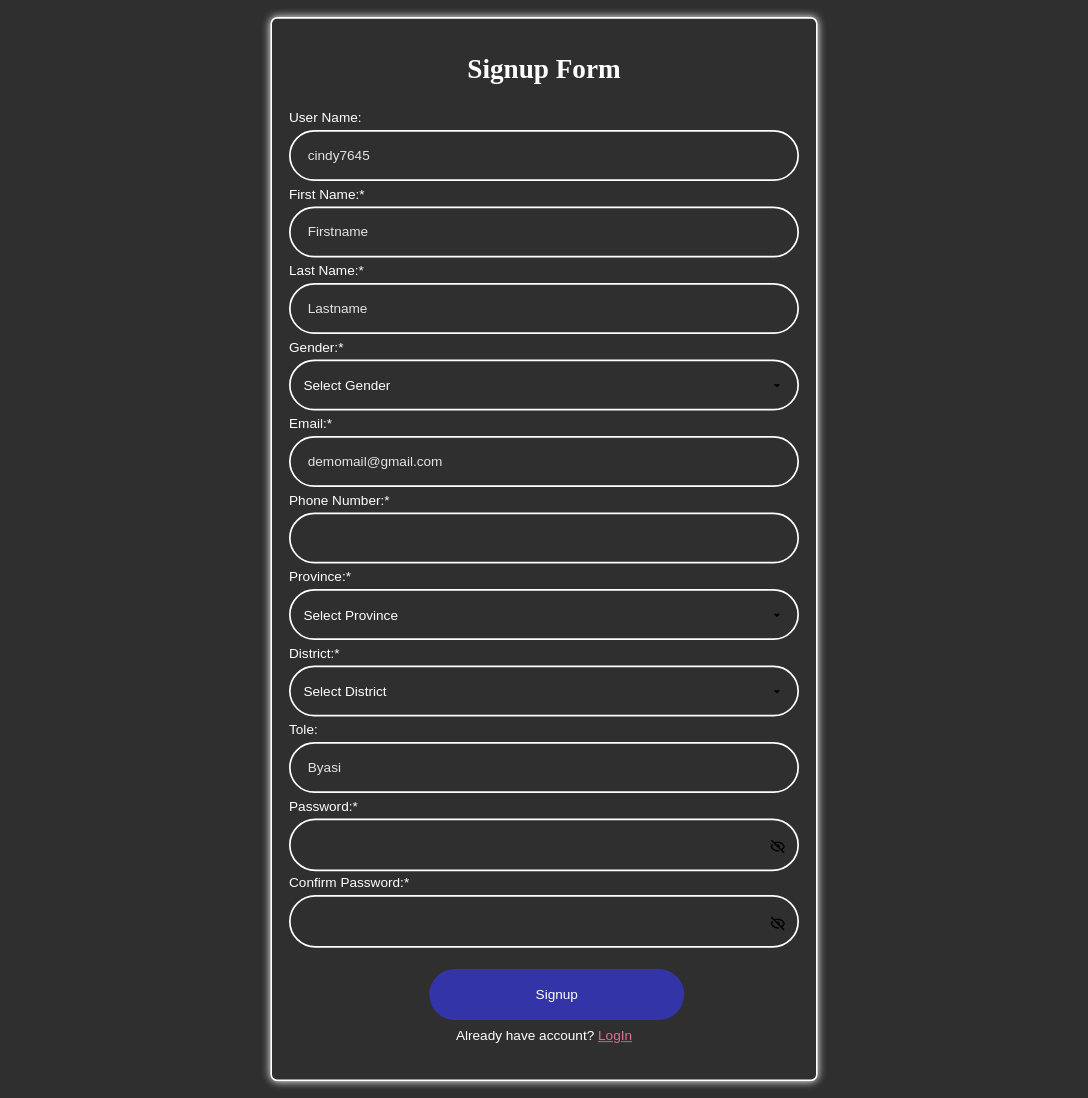
Repository: cindrellakoju/Animestore
Page: html css/signup.html
An editor plug-in stored every save of this project. The page is shown before and after the next save, followed by the edit.
The browser window is 1280 px wide. The pictures show the whole page, at 85% of full size.

Above is the page before, as saved 2024-04-07 01:49:57.

### html css/signup.html
<!DOCTYPE html>
<html lang="en">
<head>
  <meta charset="UTF-8">
  <meta name="viewport" content="width=device-width, initial-scale=1.0">
  <title>Signup Page</title>
  <link href='https://unpkg.com/boxicons@2.1.4/css/boxicons.min.css' rel='stylesheet'>
  <link rel="stylesheet" href="signup.css">
</head>
<body>
  <div class="container">
    <h1>Signup Form</h1>
    <form>
      <div class="signupform">
        <label for="username">User Name:</label>
        <input type="text" id="username" name="username" placeholder="cindy7645">
      </div>
      <div class="signupform">
        <label for="firstname">First Name:<span class="required">*</span></label>
        <input type="text" id="firstname" name="firstname" placeholder="Firstname">
      </div>
      <div class="signupform">
        <label for="lastname">Last Name:<span class="required">*</span></label>
        <input type="text" id="lastname" name="lastname" placeholder="Lastname" required>
      </div>
      <div class="signupform">
        <label for="gender">Gender:<span class="required">*</span></label>
        <div class="custom-select">
            <select id="gender" name="gender" required>
                <option value="">Select Gender</option>
                <option value="male">Male</option>
                <option value="female">Female</option>
                <option value="other">Other</option>
            </select>
        </div>
    </div>

      <div class="signupform">
        <label for="email">Email:<span class="required">*</span></label>
        <input type="email" id="email" name="email" placeholder="demomail@gmail.com" required>
      </div>
      <div class="signupform">
        <label for="phone">Phone Number:<span class="required">*</span></label>
        <input type="text" id="phone" name="phone" required>
      </div>
      <div class="signupform">
        <label for="province">Province:<span class="required">*</span></label>
        <div class="custom-select">
          <select id="province" name="province" onchange="populateDistricts()" required>
            <option value="">Select Province</option>
            <option value="1">Province 1</option>
            <option value="2">Province 2</option>
            <option value="3">Bagmati Province</option>
            <option value="4">Gandaki Province</option>
            <option value="5">Lumbini Province</option>
            <option value="6">Karnali Province</option>
            <option value="7">Sudurpashchim Province</option>
          </select>
        </div>
      </div>
      <div class="signupform">
        <label for="district">District:<span class="required">*</span></label>
        <div class="custom-select">
            <select id="district" name="district" required>
                <option value="">Select District</option>
            </select>
        </div>
      </div>

      <div class="signupform">
        <label for="tole">Tole:</label>
        <input type="text" id="tole" name="tole" placeholder="Byasi" required>
      </div>
      <div class="signupform">
        <label for="password">Password:<span class="required">*</span></label>
        <div class="password-input-container">
            <input type="password" spellcheck="false" id="password" name="password" required>
            <i class='bx bx-hide toggle' id="passwordToggle"></i>
        </div>
    </div>

    <div class="signupform">
        <label for="confirmpassword">Confirm Password:<span class="required">*</span></label>
        <div class="password-input-container">
            <input type="password" spellcheck="false" id="confirmpassword" name="confirmpassword" required>
            <i class='bx bx-hide toggle' id="confirmPasswordToggle"></i>
        </div>
    </div>

      <div class="signupform">
        <button type="submit">Signup</button>
      </div>
    <h4>Already have account?  <a href="login.html">LogIn</a></h4>
    </form>
  </div>
  <script>
    function populateDistricts() {
      var provinceSelect = document.getElementById("province");
      var districtSelect = document.getElementById("district");

      // Clear existing options
      districtSelect.innerHTML = "";

      // Add default option
      var defaultOption = document.createElement("option");
      defaultOption.text = "Select District";
      districtSelect.add(defaultOption);

      // Get selected province
      var selectedProvince = provinceSelect.value;

      // Add districts based on selected province
      switch (selectedProvince) {
        case "1":
          addDistrict("Bhojpur");
          addDistrict("Dhankuta");
          addDistrict("Ilam");
          addDistrict("Jhapa");
          addDistrict("Khotang");
          break;
        case "2":
          addDistrict("Saptari");
          addDistrict("Siraha");
          addDistrict("Dhanusha");
          addDistrict("Mahottari");
          addDistrict("Sarlahi");
          break;
        case "3":
          addDistrict("Kathmandu");
          addDistrict("Lalitpur");
          addDistrict("Bhaktapur");
          addDistrict("Kavrepalanchok");
          addDistrict("Nuwakot");
          break;
        case "4":
          addDistrict("Gorkha");
          addDistrict("Lamjung");
          addDistrict("Tanahun");
          addDistrict("Manang");
          addDistrict("Mustang");
          break;
        case "5":
          addDistrict("Rupandehi");
          addDistrict("Kapilvastu");
          addDistrict("Nawalparasi");
          addDistrict("Arghakhanchi");
          addDistrict("Gulmi");
          break;
        case "6":
          addDistrict("Jumla");
          addDistrict("Kalikot");
          addDistrict("Surkhet");
          addDistrict("Dailekh");
          addDistrict("Jajarkot");
          break;
        case "7":
          addDistrict("Kailali");
          addDistrict("Kanchanpur");
          addDistrict("Dadeldhura");
          addDistrict("Darchula");
          addDistrict("Baitadi");
          break;
        default:
          break;
      }
    }

    function addDistrict(districtName) {
      var districtSelect = document.getElementById("district");
      var option = document.createElement("option");
      option.text = districtName;
      districtSelect.add(option);
    }

    document.addEventListener("DOMContentLoaded", function() {
    const passwordToggle = document.getElementById("passwordToggle");
    const confirmPasswordToggle = document.getElementById("confirmPasswordToggle");
    const passwordInput = document.getElementById("password");
    const confirmPasswordInput = document.getElementById("confirmpassword");

    passwordToggle.addEventListener("click", () => {
        if (passwordInput.type === "password") {
            passwordInput.type = "text";
            passwordToggle.classList.replace("bx-hide", "bx-show");
        } else {
            passwordInput.type = "password";
            passwordToggle.classList.replace("bx-show", "bx-hide");
        }
    });

    confirmPasswordToggle.addEventListener("click", () => {
        if (confirmPasswordInput.type === "password") {
            confirmPasswordInput.type = "text";
            confirmPasswordToggle.classList.replace("bx-hide", "bx-show");
        } else {
            confirmPasswordInput.type = "password";
            confirmPasswordToggle.classList.replace("bx-show", "bx-hide");
        }
      });
    });


  </script>
</body>
</html>

### html css/signup.css
/* General Styles */
body {
    font-family: Arial, sans-serif;
    margin: 0;
    padding: 20px;
    /* background-color: #f4f4f4; */
    min-height: 100vh;
    background-color: rgba(0, 0, 0, 0.815);
  }

  .container {
    max-width: 600px;
    margin: 0 auto;
    /* background: #fff; */
    padding: 20px;
    border-radius: 8px;
    /* box-shadow: 0 2px 5px rgba(0, 0, 0, 0.1); */
    border: 2px solid white ;
    box-shadow: 0 0 10px white;
  }

  h1 {
    color: white;
    font-size: 36;
    text-align: center;
    font-family: 'Times New Roman', Times, serif;
  }

  .signupform {
  position: relative;
  width: 100%;
  height: 60px;
  margin: 30px 0;
  justify-content: center;
  }

  label {
    color: white;
    display: block;
    margin-bottom: 5px;
    position: relative;
  }
  .label-text {
      display: inline-block;
  }

  .label-text .required {
  color: red;
  font-weight: bold;
  margin-left: 5px;
  }
  /* change color of placeholder */
  #username::placeholder, #firstname::placeholder, #lastname::placeholder,
  #email::placeholder, #tole::placeholder{
    color: rgba(255, 255, 255, 0.865);
  }
  input[type="text"],
  input[type="email"],
  select,
  input[type="password"] {
  width: 100%;
  padding: 20px 45px 20px 20px;
  height: 100%;
  border: none;
  outline: none;
  background: transparent ;
  border: 2px solid white;
  font-size: 16px;
  border-radius: 40px;
  box-sizing: border-box;
  }
  /* Dark border and label color on hover */
  .signupform input:hover,
  .signupform input:focus {
  border-color: white; /* Dark border color on hover and focus */
  }

  /* Default styling for select box */
  .custom-select {
    position: relative;
    width: 100%;
    height: 100%;
  }

  .custom-select select {
    appearance: none; /* Remove default arrow in Firefox */
    -webkit-appearance: none; /* Remove default arrow in WebKit/Blink */
    -moz-appearance: none; /* Remove default arrow in older Firefox */
    padding: 15px; /* Adjust as needed */
    border: 2px solid white;
    border-radius: 40px;
    background-color: transparent;
    cursor: pointer;
    width: 100%;
    font-size: 16px;
    box-sizing: border-box;
    outline: none; /* Remove focus outline */
    /* Use a custom arrow as background */
    background-image: url('data:[embedded picture, 163 characters]');
    background-repeat: no-repeat;
    background-position: calc(100% - 20px) center; /* Move arrow to the right */
    padding-right: 25px; /* Space for arrow */
  }
  #gender, #province, #district{
    color: white;
  }

  /* Hover effect for custom arrow */
  .custom-select:hover select {
    border-color: white; /* Change border color on hover */
  }

  /* Additional styles for select box */
  .custom-select select:focus {
    border-color: white; /* Change border color on focus */
  }

  .custom-select select:disabled {
    opacity: 0.5; /* Dim select box when disabled */
    pointer-events: none;
  }

  .password-input-container {
    position: relative;
  }


  .password-input-container i{
    position: absolute;
    top: 295%;
    right: 5px;
    left: 15px;
    transform: translateY(-50%);
    cursor: pointer;
    font-size: 20px;
    margin-left: 550px;
    margin-top: -150px;
  }

  button[type="submit"] {
    background-color: rgba(55, 55, 228, 0.678);
    color: white;
    width: 50%;
    height: 100%;
    padding: 10px 20px;
    border: none;
    border-radius: 40px;
    cursor: pointer;
    font-size: 16px;
    margin-top: 20px;
    margin-left: 165px;
  }

  button[type="submit"]:hover {
    background-color: rgb(33, 33, 232);
    text-decoration: underline;
  }

  h4{
    color: white;
    font-weight: 500;
    text-align: center;
    margin-top: 20px;
    /* margin-left: 185px; */
  }

  h4 a{
    color: palevioletred
  }

  h4 a:hover{
    color: rgb(202, 63, 109);
  }
  /* Icon ko milako */
  .icon-box {
    display: flex;
    flex-direction: column;
  }

  /* Tooltip */
  .tooltip {
    position: absolute;
    top: 50%;
    right: calc(100% + 10px);
    transform: translateY(-50%);
    background-color: #333;
    color: white;
    padding: 5px 10px;
    border-radius: 5px;
    opacity: 0;
    transition: opacity 0.3s ease;
    pointer-events: none;
  }

After the next save:
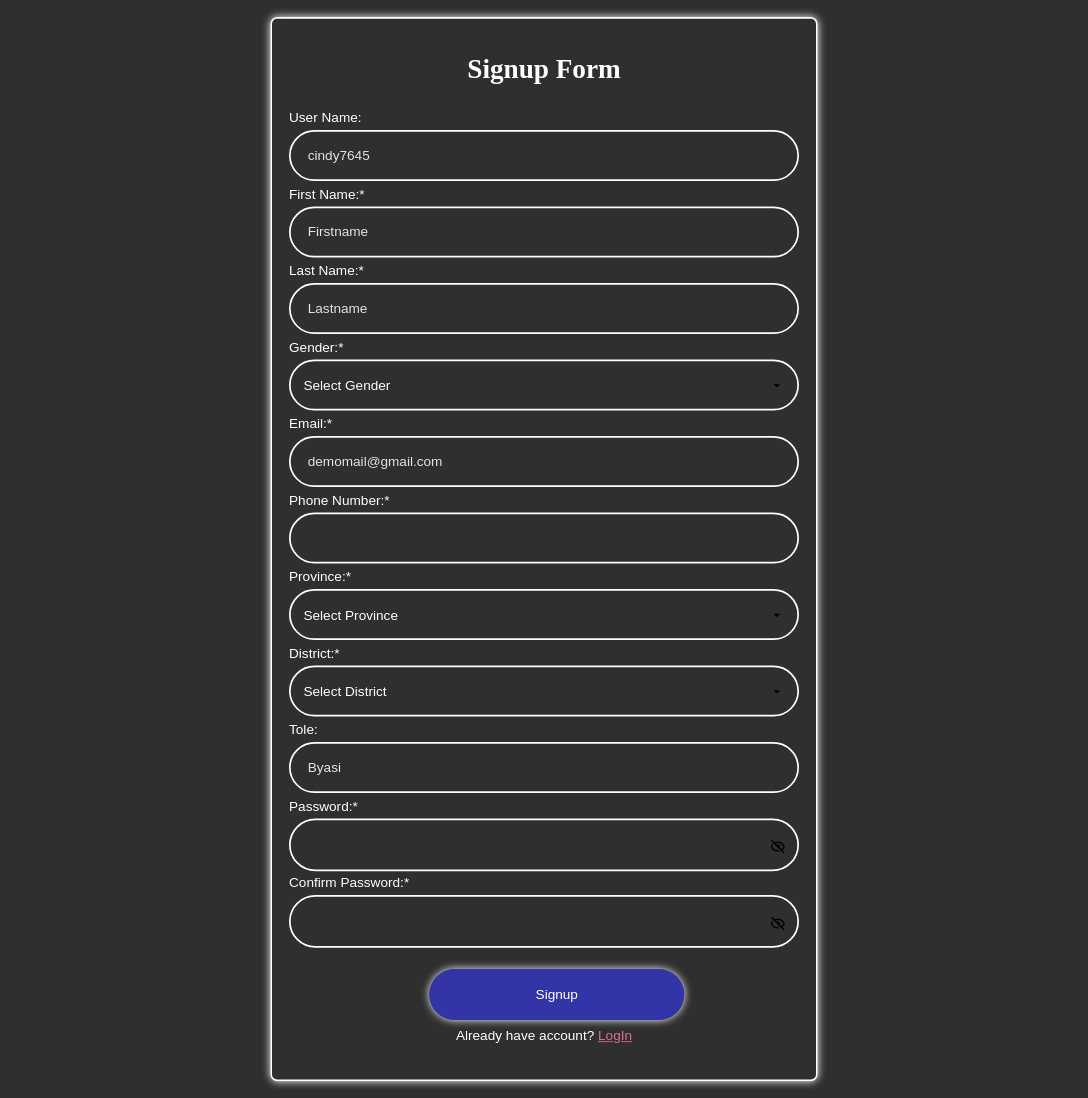
Saved 40 s later.
--- a/html css/signup.css
+++ b/html css/signup.css
@@ -149,6 +149,7 @@
     font-size: 16px;
     margin-top: 20px;
     margin-left: 165px;
+    box-shadow: 0 0 10px white;
   }
 
   button[type="submit"]:hover {

After the save that followed:
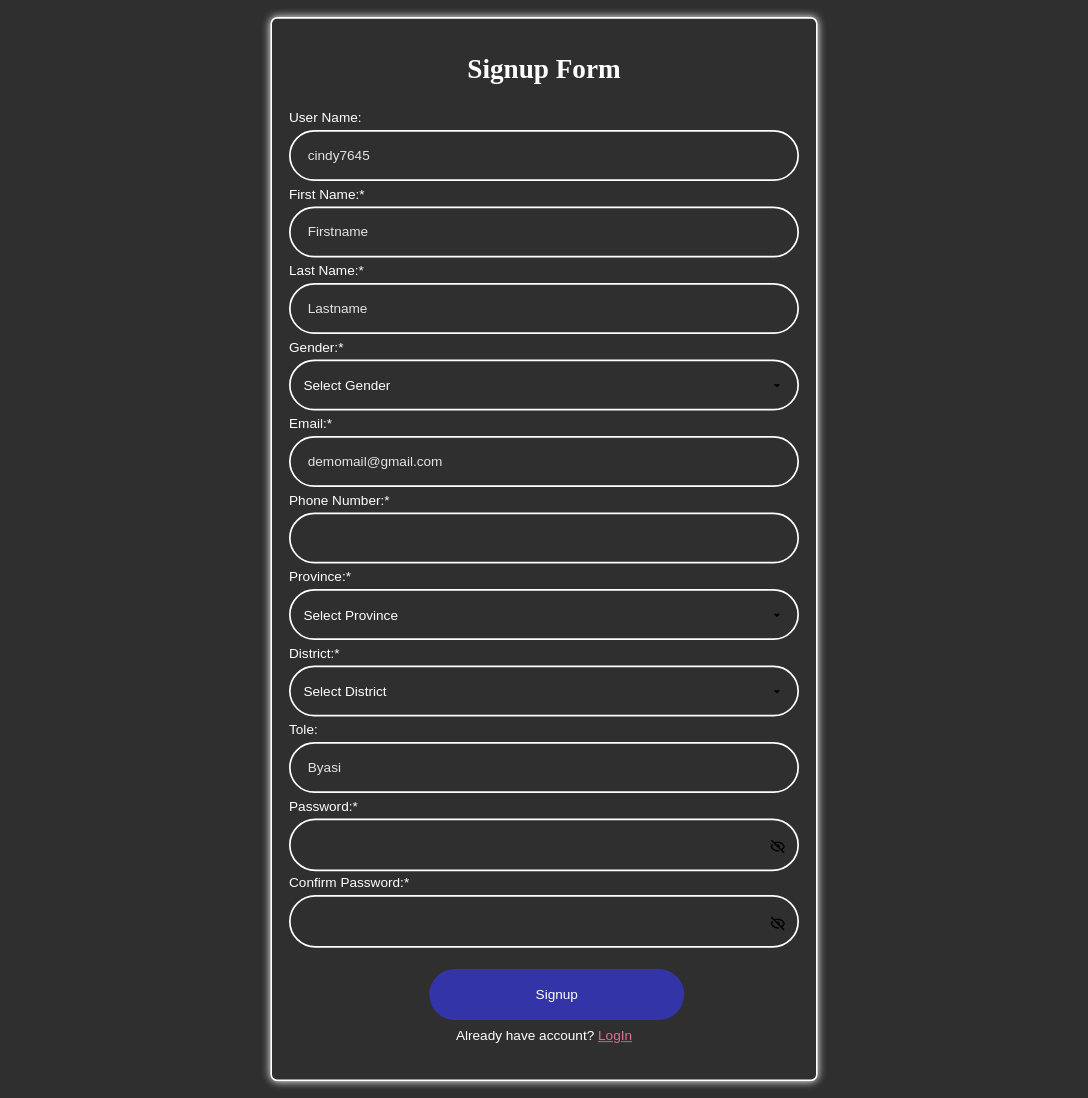
Saved 13 s later.
--- a/html css/signup.css
+++ b/html css/signup.css
@@ -149,12 +149,12 @@
     font-size: 16px;
     margin-top: 20px;
     margin-left: 165px;
-    box-shadow: 0 0 10px white;
-  }
+}
 
-  button[type="submit"]:hover {
+button[type="submit"]:hover {
     background-color: rgb(33, 33, 232);
     text-decoration: underline;
+    box-shadow: 0 0 10px white;
   }
 
   h4{
